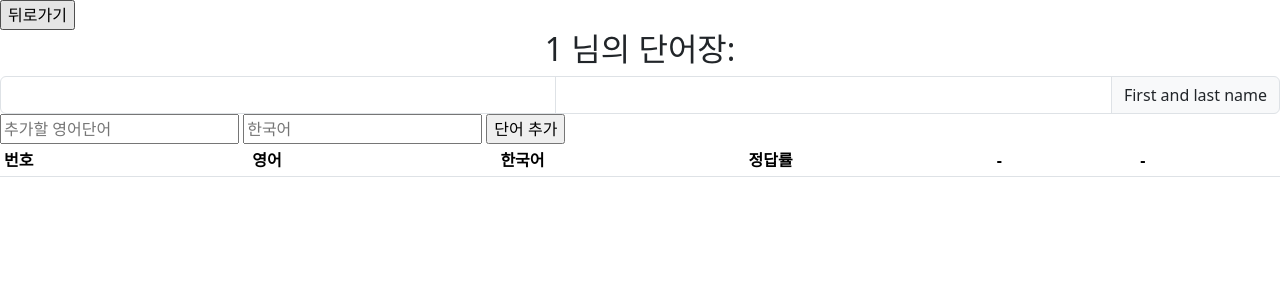
Repository: kokoko12334/myvocab-toy
Page: http://localhost/myVocabularyList/detail
These files come from the project's save history. The page is drawn as it stood at one moment and after the next save; the edit follows.
The browser window is 1280 px wide. The pictures show the whole page.
The page is served by Tomcat 9. The session is filled in as if someone had signed in: {"id": 1, "pwd": 1, "list": 1}. Queries for data that is not in the repository find no rows.

Above is the page before, as saved 2023-04-07 12:26:32.

After the next save:
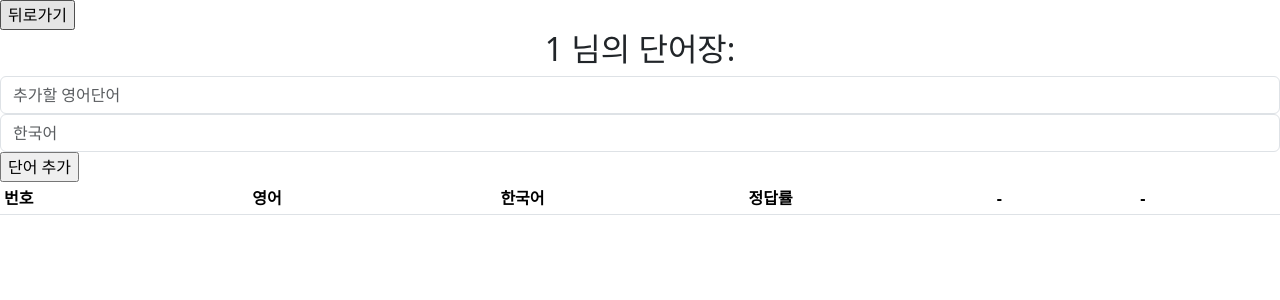
Saved 42 s later.
--- a/myVocabularyList/src/main/webapp/WEB-INF/views/myvocabulary/detail.jsp
+++ b/myVocabularyList/src/main/webapp/WEB-INF/views/myvocabulary/detail.jsp
@@ -21,13 +21,11 @@
 	</div>
 	<div class="input-group">
 
-  <input type="text" aria-label="First name" class="form-control">
-  <input type="text" aria-label="Last name" class="form-control">
-  <span class="input-group-text">First and last name</span>
+
 </div>
 	<form action = "/addword" method = "post">
-		<input type = text name = "english" placeholder = "추가할 영어단어">
-		<input type = text name = "korean" placeholder = "한국어">
+		<input type = text name = "english" placeholder = "추가할 영어단어" aria-label="First name" class="form-control">
+		<input type = text name = "korean" placeholder = "한국어" aria-label="Last name" class="form-control">
 		<input type = submit value = "단어 추가">
 	</form>
 
